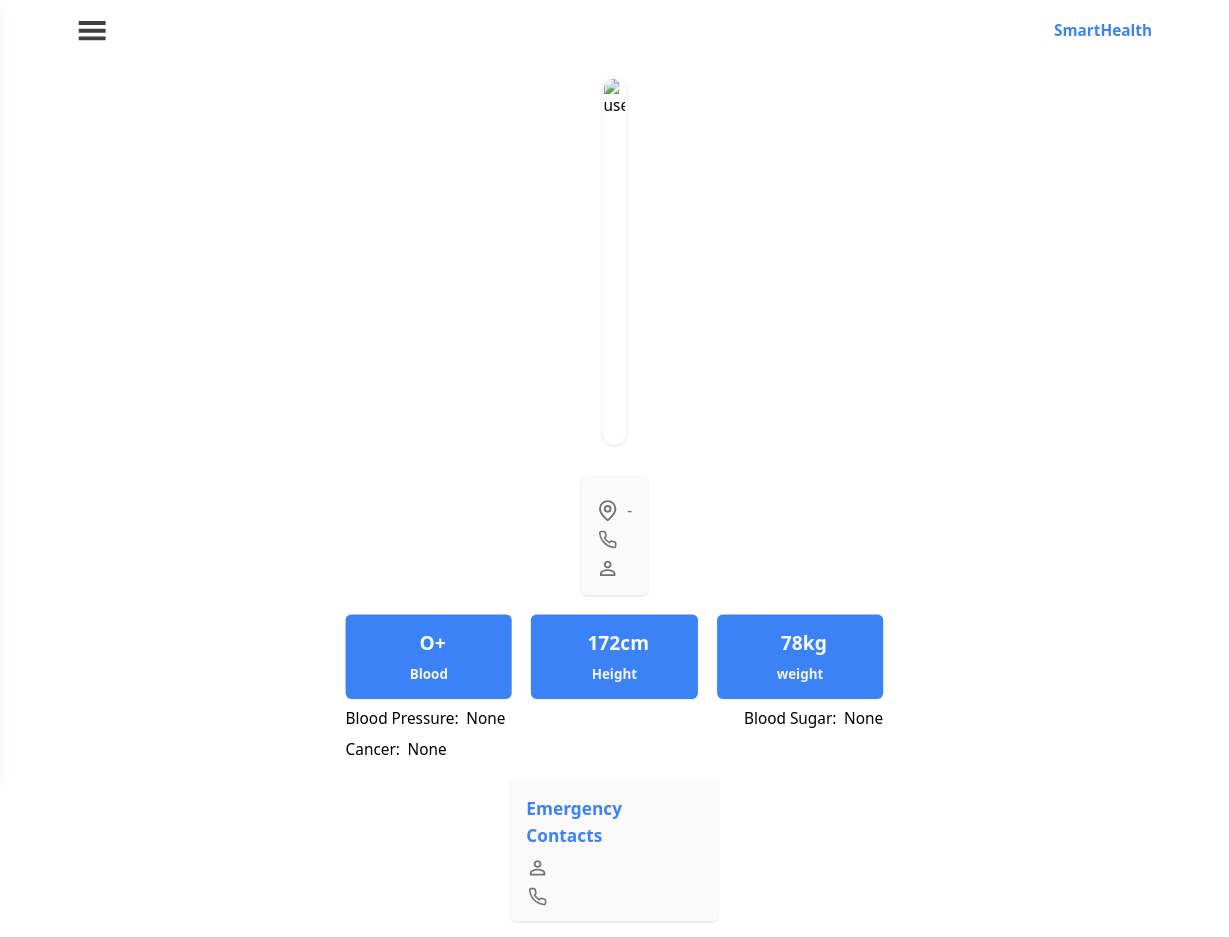
Repository: Sanaa00/HI-user
Page: /home
The author's editor kept a copy of each file at every save. The page is drawn from the files as they stood at one save, then again after the next save.
The browser window is 1280 px wide. The pictures show the whole page, at 96% of full size.
The page's requests for data from a server got no answer. The project was rebuilt for these pictures with package versions that can differ from the ones it lists, and the page was loaded fresh each time. No one was signed in, and anything a server would have sent is missing. Also part of the build but not shown: vite.config.js, src/App.css, src/Components/Pagination.jsx, src/Pages/Prescription.jsx, src/Components/modalComponent.jsx, src/Pages/Laboratory.jsx, src/Pages/Radiographic.jsx, src/Components/InputField.jsx and 2 more.

Above is the page before, as saved 2024-01-12 21:46:18.

### src/main.jsx
import React from 'react';
import ReactDOM from 'react-dom/client';
import App from './App.jsx';
import './index.css';
import Modal from 'react-modal';
import { BrowserRouter } from 'react-router-dom';
Modal.setAppElement('#root');
ReactDOM.createRoot(document.getElementById('root')).render(
  <React.StrictMode>
    <BrowserRouter>
      {/* <Provider store={store}> */}
      <App />
      {/* </Provider>{' '} */}
    </BrowserRouter>
  </React.StrictMode>,
);

### src/App.jsx
import { Route, Routes } from 'react-router-dom';
import './App.css';
import Home from './Pages/Home';
// import Test from './Pages/Test';
import Navbar from './Components/Navbar';
import Prescription from './Pages/Prescription';
import Laboratory from './Pages/Laboratory';
import Radiographic from './Pages/Radiographic';
import ModalComponent from './Components/modalComponent';
import Login from './Pages/Login';
import SignUp from './Pages/SignUp';

function App() {
  return (
    <>
      <Navbar />
      <Routes>
        <Route path="/home" element={<Home />} />
        <Route path="/laboratory" element={<Laboratory />}>
          <Route path=":id" element={<ModalComponent />} />
        </Route>
        <Route path="/Radiographic" element={<Radiographic />} />
        <Route path="/Prescription" element={<Prescription />} />
        <Route path="/" element={<Login />} />
        <Route path="/signup" element={<SignUp />} />
        {/* <Route path="products" element={<Products />} />
          <Route path="setting" element={<Setting />} />
          <Route path="hide" element={<HideProducts />} /> */}
        {/* </Route> */}
      </Routes>
    </>
  );
}

export default App;

### src/Pages/Home.jsx
import { useEffect, useState } from 'react';
import { supabase } from '../supabaseClient';
import { FaLocationDot, FaPhone } from 'react-icons/fa6';
import { LuPhone } from 'react-icons/lu';
import { MdPermIdentity } from 'react-icons/md';
import { CiPhone } from 'react-icons/ci';
import { GrLocation } from 'react-icons/gr';
function Home() {
  const [data, setData] = useState([]);

  useEffect(() => {
    const fetchData = async () => {
      const { data, error } = await supabase
        .from('personInformation')
        .select('*')
        .eq('id', 34567890)
        .single();
      console.log('first', data);
      if (error) console.log('Error', error);
      else setData(data);
    };

    fetchData();
  }, []);
  return (
    <div className="mt-16 min-h-screen p-4 sm:px-10 md:px-20  flex flex-col lg:items-center">
      <div className="flex justify-center items-center">
        {console.log(data)}{' '}
        <img
          className="object-cover rounded-full w-72 border-2 border-neutral-50 shadow h-72 lg:w-1/2 lg:h-96 "
          src={data.userImage}
          alt="user"
        />
      </div>
      {/* <div className="mt-5 text-center font-bold text-lg lg:w-1/2">
        Personal Information
      </div> */}
      <div className="mt-3 lg:w-1/2 flex justify-center items-center">
        {/* <span>Name:</span> */}
        <span className="ml-2 font-semibold">{data.fullName}</span>
      </div>{' '}
      {/* <div className="mt-2 flex justify-between items-center lg:w-1/2"> */}
      {/* <span>
          {' '}
          <span>DOB:</span>
          <span className="ml-2">{data.dateOfBirth}</span>
        </span>{' '}
        <span>
          {' '}
          <span>Gender:</span>
          <span className="ml-2">{data.gender}</span>
        </span> */}
      {/* </div>{' '} */}
      <div className="mt-5  bg-neutral-50 text-neutral-500 rounded-md p-4 shadow ">
        {' '}
        <div className="mt-2 flex justify-between items-center lg:w-1/2">
          <span className="flex items-center flex-row">
            {' '}
            <span>
              <GrLocation className="w-6 h-6" />
            </span>
            <span className="ml-2">
              {data.city}-{data.address}
            </span>
          </span>
        </div>
        {/* ****************** */}
        <div className="mt-2 flex justify-between items-center lg:w-1/2">
          <span className="flex items-center">
            {' '}
            <span>
              <LuPhone className="w-6 h-5" />
            </span>
            <span className="ml-2">{data.contactNumber}</span>
          </span>{' '}
        </div>{' '}
        <div className="mt-2 flex justify-between items-center lg:w-1/2">
          <span className="flex items-center">
            {' '}
            <span>
              <MdPermIdentity className="w-6 h-6" />
            </span>
            <span className="ml-2">{data.id}</span>
          </span>{' '}
        </div>
      </div>
      {/* **********vital information*********** */}
      <div className="mt-5 text-neutral-50 grid grid-cols-3 gap-5 justify-between items-center  text-lg lg:w-1/2">
        {' '}
        {/* <div className="mt-2 flex justify-between items-center lg:w-1/2"> */}
        <div className="w-full flex flex-col items-center justify-center bg-blue-500 p-4 rounded-md shadow-sm ">
          {' '}
          <div className="ml-2 text-xl font-bold">O+</div>
          <div className="text-sm font-semibold text-neutral-100 mt-2">
            Blood
          </div>
        </div>{' '}
        {/* </div>{' '} */}
        {/* <div className="mt-2 flex justify-between items-center lg:w-1/2"> */}
        <div className="flex w-full flex-col justify-center items-center bg-blue-500 p-4 rounded-md shadow-sm">
          {' '}
          <div className="text-center ml-2 text-xl font-bold">172cm</div>{' '}
          <div className="text-center text-sm font-semibold text-neutral-100 mt-2">
            Height
          </div>
        </div>{' '}
        <div className="flex flex-col justify-center items-center bg-blue-500 p-4 rounded-md shadow-sm w-full">
          {' '}
          <div className="ml-2 text-xl font-bold">78kg</div>
          <div className="text-sm font-semibold text-neutral-100 mt-2">
            weight
          </div>
        </div>{' '}
      </div>{' '}
      {/* </div> */}
      {/* <div className="mt-2 flex justify-between items-center lg:w-1/2">
        <span>
          {' '}
          <span>Blood Type:</span>
          <span className="ml-2">O+</span>
        </span>{' '}
      </div>{' '}
      <div className="mt-2 flex justify-between items-center lg:w-1/2">
        <span>
          {' '}
          <span>Height:</span>
          <span className="ml-2">172 cm</span>
        </span>{' '}
        <span>
          {' '}
          <span>weight:</span>
          <span className="ml-2">78 kg</span>
        </span>{' '}
      </div>{' '} */}
      <div className="mt-2 flex justify-between items-center lg:w-1/2">
        <span>
          {' '}
          <span>Blood Pressure:</span>
          <span className="ml-2">None</span>
        </span>{' '}
        <span>
          {' '}
          <span>Blood Sugar:</span>
          <span className="ml-2">None</span>
        </span>{' '}
      </div>{' '}
      <div className="mt-2 flex justify-between items-center lg:w-1/2">
        <span>
          {' '}
          <span>Cancer:</span>
          <span className="ml-2">None</span>
        </span>{' '}
      </div>{' '}
      {/* ***************Emergency Contacts********** */}
      <div className="mt-5  bg-neutral-50 text-neutral-500 rounded-md p-4 shadow ">
        {' '}
        <div className=" font-bold text-blue-500 text-lg lg:w-1/2">
          Emergency Contacts
        </div>
        <div className="mt-2 flex items-center lg:w-1/2">
          {/* <span> */} {/* <span> */} <MdPermIdentity className="w-6 h-6" />
          {/* </span> */}
          <span className="ml-2">{data.emergencyContactName}</span>
          {/* </span>{' '} */}
        </div>{' '}
        {/* <div className="mt-2 flex justify-between items-center lg:w-1/2">
          <span>
            {' '}
            <span>Relationship to the patient:</span>
            <span className="ml-2">Boy</span>
          </span>{' '}
        </div>{' '} */}
        <div className="mt-2  flex justify-between items-center lg:w-1/2">
          <span className="flex items-center">
            {' '}
            <span>
              {' '}
              <LuPhone className="w-6 h-5" />
            </span>
            <span className="ml-2">{data.emergencyContactNumber}</span>
          </span>{' '}
        </div>
      </div>
      {/* <div className="mt-5 font-bold text-blue-500 text-lg lg:w-1/2">
        Emergency Contacts
      </div>
      <div className="mt-2 flex justify-between items-center lg:w-1/2">
        <span>
          {' '}
          <span>Name:</span>
          <span className="ml-2">{data.emergencyContactName}</span>
        </span>{' '}
      </div>{' '}
      <div className="mt-2 flex justify-between items-center lg:w-1/2">
        <span>
          {' '}
          <span>Relationship to the patient:</span>
          <span className="ml-2">Boy</span>
        </span>{' '}
      </div>{' '}
      <div className="mt-2 mb-5 flex justify-between items-center lg:w-1/2">
        <span>
          {' '}
          <span>Contact Number:</span>
          <span className="ml-2">{data.emergencyContactNumber}</span>
        </span>{' '}
      </div> */}
    </div>
  );
}

export default Home;

### src/Components/Navbar.jsx
import { useState } from 'react';
import { Link, NavLink } from 'react-router-dom';
import { GiHamburgerMenu } from 'react-icons/gi';
import { IoCloseSharp } from 'react-icons/io5';
function Navbar() {
  const [open, setOpen] = useState(false);
  return (
    <div className="flex text-neutral-700 top-0 z-50 fixed px-4 sm:px-10 md:px-20 justify-between items-center bg-white h-16 w-full">
      <div
        className={` flex justify-between hover:bg-opacity-80 duration-500 hover:duration-500 items-center w-full h-full text-lg font-bold`}
      >
        <button onClick={() => setOpen(!open)} className="">
          <GiHamburgerMenu className="w-8 h-8" />
        </button>{' '}
        <div
          className={` bg-white rounded-sm  flex flex-col fixed w-4/5 lg:w-96 top-0 z-40 left-0 shadow-lg transform duration-500 ease-in-out ${
            open ? 'translate-x-0' : '-translate-x-full'
          }`}
        >
          <button
            onClick={() => setOpen(!open)}
            className="mt-3 mb-2 left-0 px-3 flex h-16"
          >
            <IoCloseSharp className="w-9 h-9" />
          </button>

          <div className="w-full h-screen flex flex-col text-orange p-4">
            <Link to="/home" onClick={() => setOpen(!open)} className="pb-3">
              Person Information
            </Link>
            <Link
              to="/Radiographic"
              onClick={() => setOpen(!open)}
              className="py-3"
            >
              Radiographic examination
            </Link>
            <Link
              to="/laboratory"
              onClick={() => setOpen(!open)}
              className="py-3"
            >
              Laboratory examination
            </Link>
            <Link
              to="/Prescription"
              onClick={() => setOpen(!open)}
              className="py-3"
            >
              Prescription
            </Link>
          </div>
        </div>
      </div>
      <NavLink to="/home" className="ml-2 font-bold text-blue-500">
        SmartHealth
      </NavLink>
    </div>
  );
}

export default Navbar;

### src/supabaseClient.js
import { createClient } from '@supabase/supabase-js';

const supabaseUrl =
    import.meta.env.VITE_REACT_APP_SUPABASE_URL;
const supabaseAnonKey =
    import.meta.env.VITE_REACT_APP_SUPABASE_ANON_KEY;

export const supabase = createClient(supabaseUrl, supabaseAnonKey);

Loaded but not shown: index.html (common file); src/index.css (common file); tailwind.config.js (common file)

After the next save:
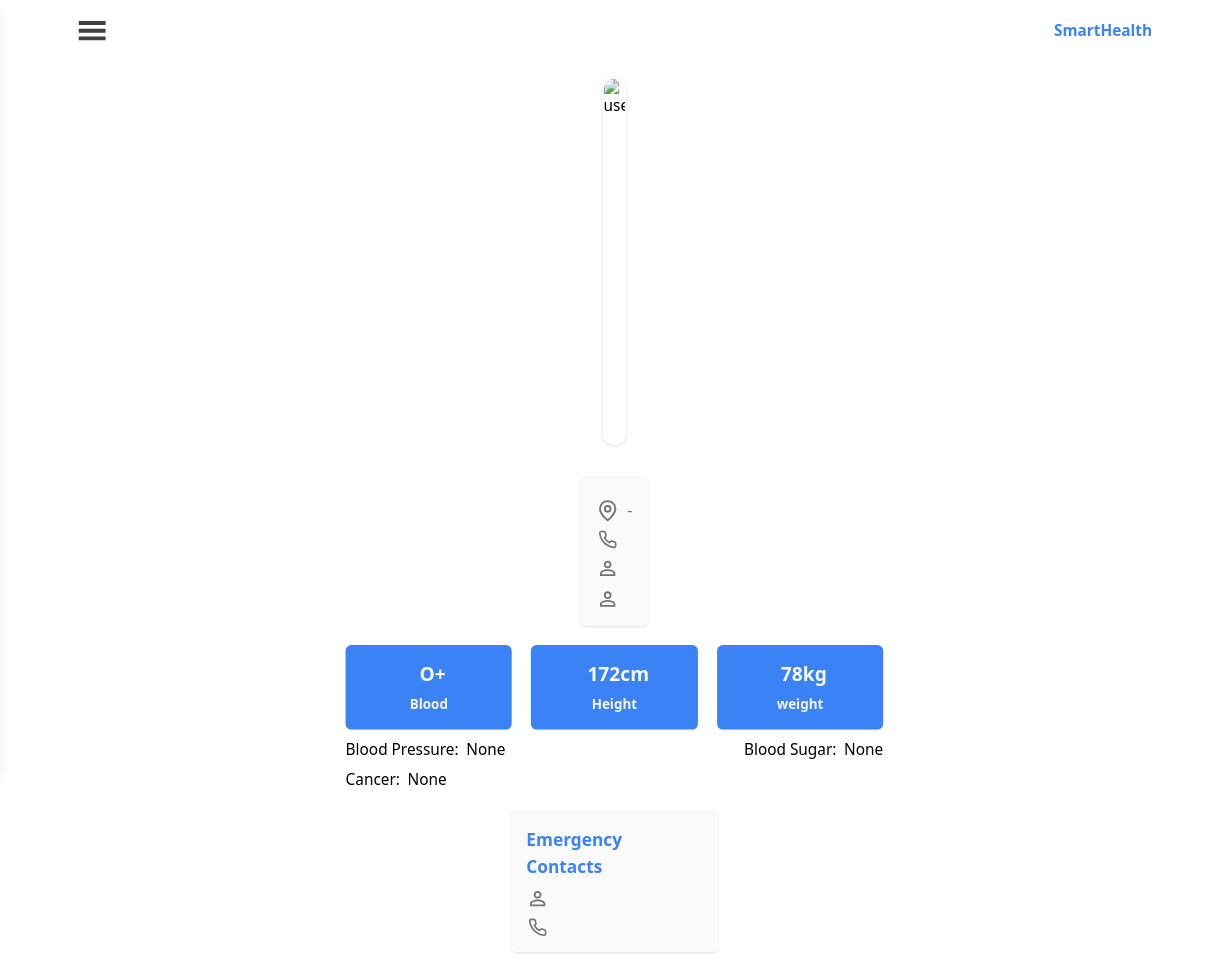
Saved 69 s later.
--- a/src/Pages/Home.jsx
+++ b/src/Pages/Home.jsx
@@ -82,6 +82,15 @@ function Home() {
             </span>
             <span className="ml-2">{data.id}</span>
           </span>{' '}
+        </div>{' '}
+        <div className="mt-2 flex justify-between items-center lg:w-1/2">
+          <span className="flex items-center">
+            {' '}
+            <span>
+              <MdPermIdentity className="w-6 h-6" />
+            </span>
+            <span className="ml-2">{data.da}</span>
+          </span>{' '}
         </div>
       </div>
       {/* **********vital information*********** */}
